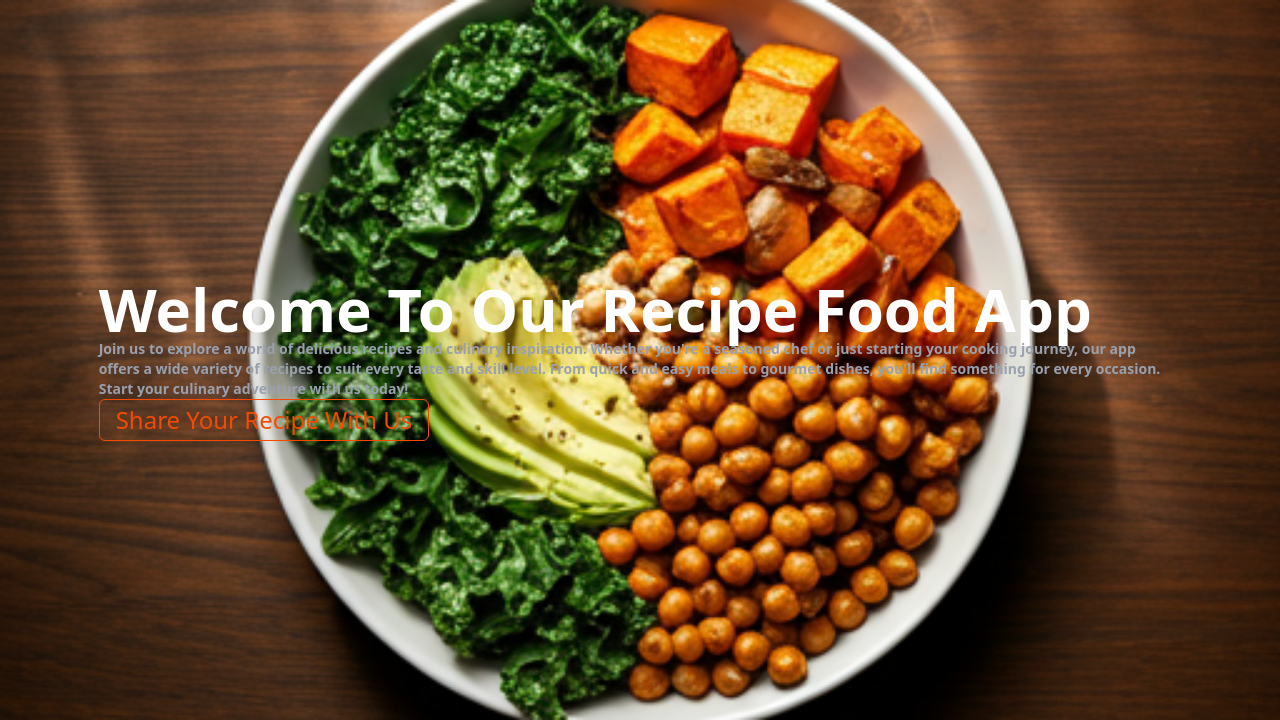
Repository: Eslam0Mohamed/mern-recipe-app
Page: / (app in FrontEnd/)
These files come from the project's save history. The page is drawn as it stood at one moment and after the next save; the edit follows.
The browser window is 1280 px wide. The pictures show the whole page.
The project was rebuilt for these pictures with package versions that can differ from the ones it lists, and the page was loaded fresh each time. Also part of the build but not shown: FrontEnd/vite.config.js.

Above is the page before, as saved 2026-05-07 18:18:19.

### FrontEnd/src/index.css
@import "tailwindcss";
  .container{
    @apply mx-auto w-10/12
}
@theme{
  --color-tertiary:"#F9F7F2"
}

### FrontEnd/src/App.jsx
import React from 'react'
import Home from './pages/Home'
import { createBrowserRouter } from 'react-router-dom'

const App = () => {
  const router = createBrowserRouter([
    { path: '/', element: <Home />  },
    // { path: '/', element: <Contact />  },
    // { path: '/', element: <Home />  }
  ])
  return (
    <main>
      <Home />
    </main>
  )
}

export default App

### FrontEnd/src/pages/Home.jsx
import React from 'react'
import backgroundImage from "../assets/bg_2.png"
function Home() {
  return (
    <section style={{backgroundImage:`url(${backgroundImage})`,}} className={`bg-cover bg-tertiary h-screen bg-center flex items-center justify-center gap-4`}>
      <div className='left container' >
        <h1 className='text-white text-6xl font-semibold'>Welcome To Our Recipe Food App</h1>
        <p className='text-md text-gray-400 font-semibold text-sm'> Join us to explore a world of delicious recipes and culinary inspiration. Whether you're a seasoned chef or just starting your cooking journey, our app offers a wide variety of recipes to suit every taste and skill level. From quick and easy meals to gourmet dishes, you'll find something for every occasion. Start your culinary adventure with us today!</p>
      <button className='outline-none px-4 py-1  text-2xl border cursor-pointer border-orange-600 hover:bg-orange-600 hover:text-white transition-colors duration-150 rounded-md text-orange-600 '>Share Your Recipe With Us</button>
      </div>
      {/* <div className='right'>
        <img src={""} alt="share your recipe" />
      </div> */}
      <div></div>
    </section>
  )
}

export default Home

Loaded but not shown: FrontEnd/src/main.jsx (common file)

After the next save:
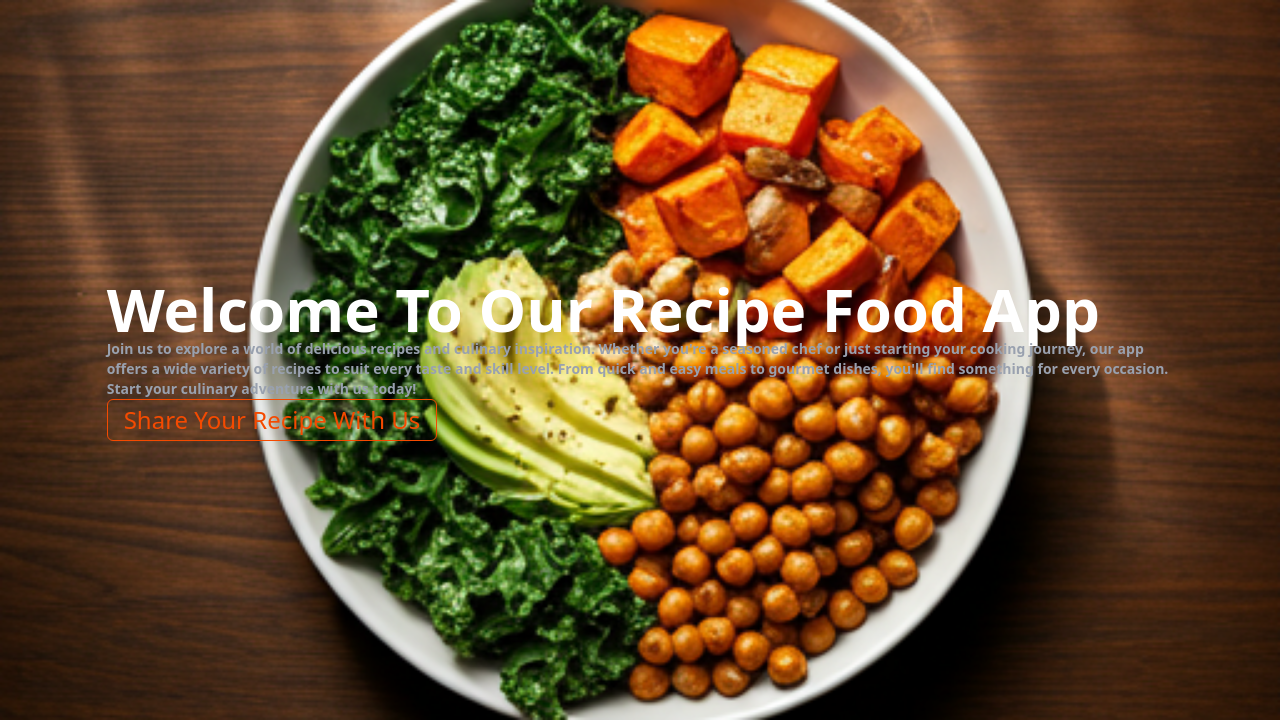
Saved 8 s later.
--- a/FrontEnd/src/pages/Home.jsx
+++ b/FrontEnd/src/pages/Home.jsx
@@ -2,7 +2,7 @@ import React from 'react'
 import backgroundImage from "../assets/bg_2.png"
 function Home() {
   return (
-    <section style={{backgroundImage:`url(${backgroundImage})`,}} className={`bg-cover bg-tertiary h-screen bg-center flex items-center justify-center gap-4`}>
+    <section style={{backgroundImage:`url(${backgroundImage})`,}} className={`bg-cover bg-tertiary h-screen bg-center flex items-center justify-center `}>
       <div className='left container' >
         <h1 className='text-white text-6xl font-semibold'>Welcome To Our Recipe Food App</h1>
         <p className='text-md text-gray-400 font-semibold text-sm'> Join us to explore a world of delicious recipes and culinary inspiration. Whether you're a seasoned chef or just starting your cooking journey, our app offers a wide variety of recipes to suit every taste and skill level. From quick and easy meals to gourmet dishes, you'll find something for every occasion. Start your culinary adventure with us today!</p>
